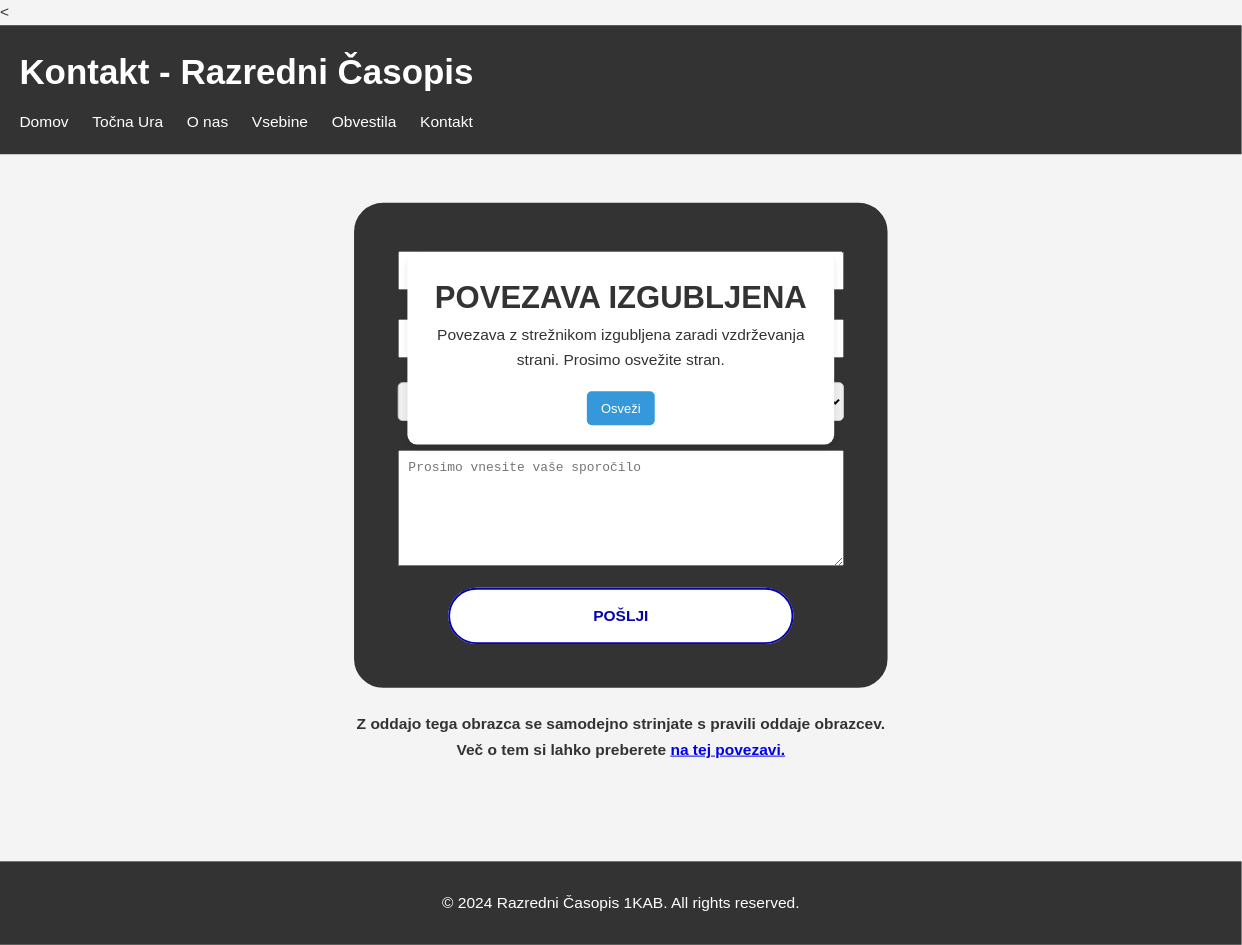
Repository: razrednicasopis/razrednicasopis.github.io
Page: Resources/kontakt.html
An editor plug-in stored every save of this project. The page is shown before and after a run of saves, followed by the edit.
The browser window is 1280 px wide. The pictures show the whole page, at 97% of full size.

Above is the page before, as saved 2024-03-07 09:28:04.
Console error: TypeError: Cannot read properties of null (reading 'addEventListener')

After the next 2 saves:
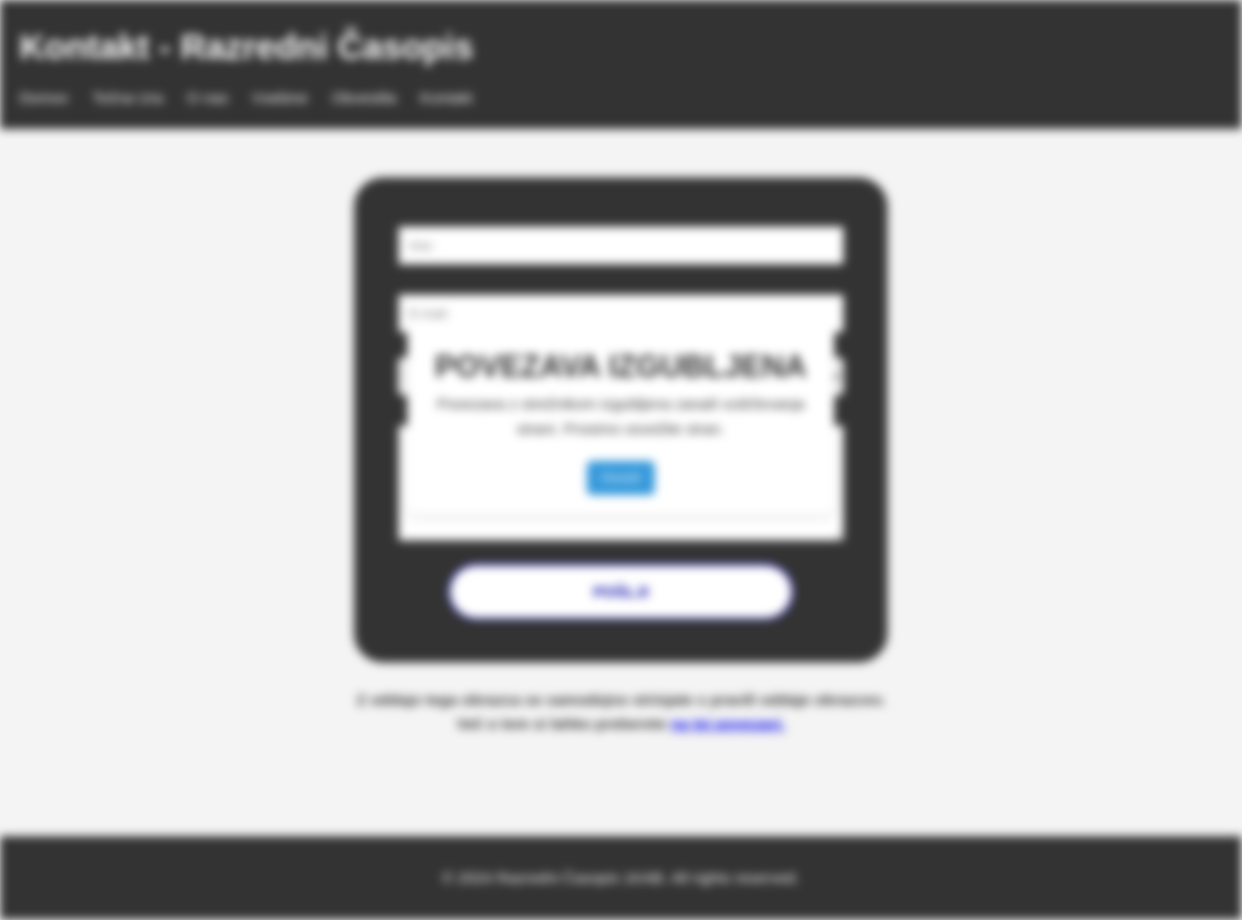
The 2 saves are shown as one change because they came seconds apart.
The last was saved 8 s later.
--- a/Resources/kontakt.html
+++ b/Resources/kontakt.html
@@ -9,7 +9,7 @@
         </head>
     <body>
 
-      <
+      <div class="blur-container">
         <header>
             <h1>Kontakt - Razredni Časopis</h1>
             <nav>
